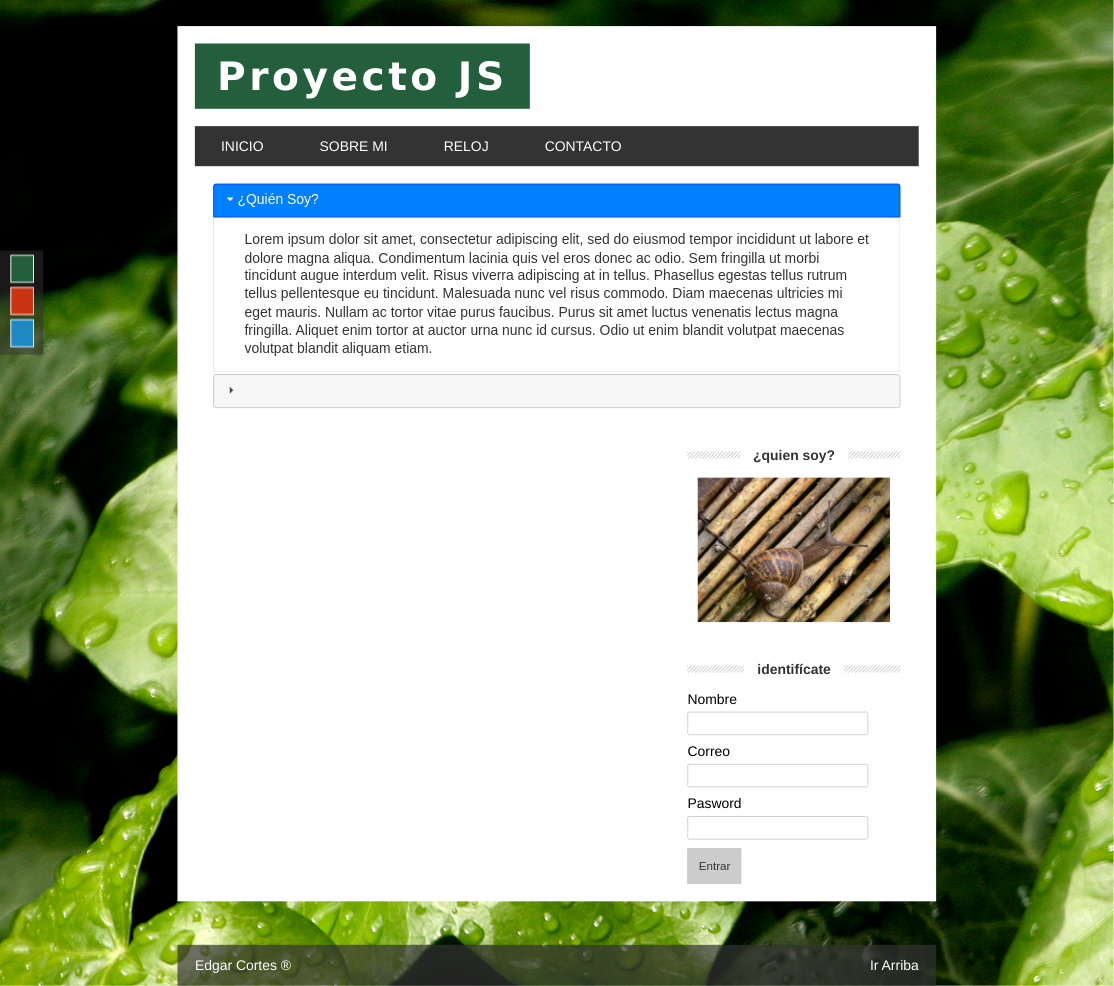
Repository: eucortes/demopage
Page: javascript/Proyecto/About.html
The author's editor kept a copy of each file at every save. The page is drawn from the files as they stood at one save, then again after the next save.
The browser window is 1280 px wide. The pictures show the whole page, at 87% of full size.
Backgrounds fixed to the window are drawn as part of the page. Some web libraries are served in a nearby version.

Above is the page before, as saved 2019-09-24 18:21:18.

After the next save:
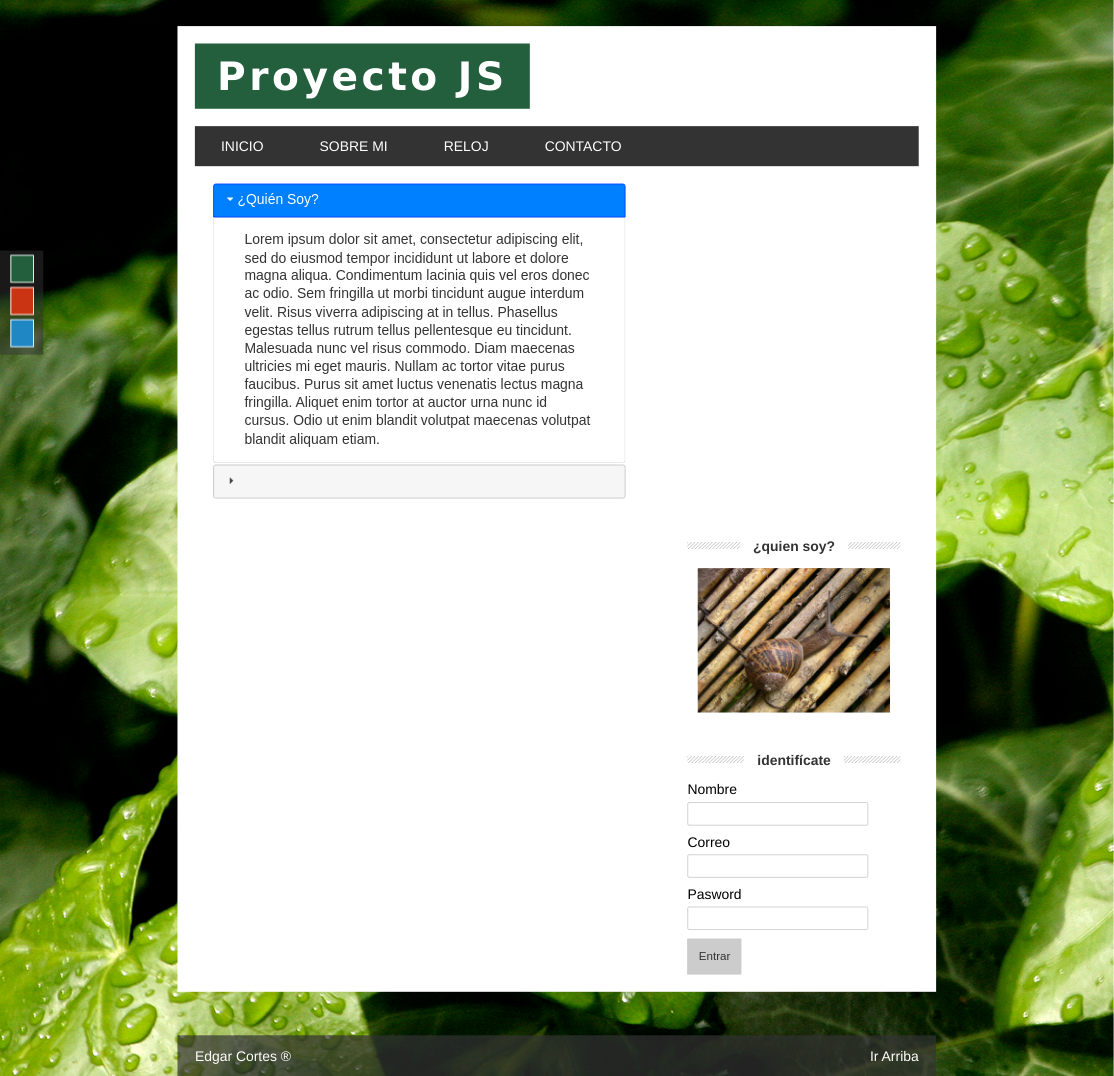
Saved 23 s later.
--- a/javascript/Proyecto/About.html
+++ b/javascript/Proyecto/About.html
@@ -13,6 +13,7 @@
     <title>Proyecto con Javascript</title>
     <!--Estilos CSS-->
     <link rel="stylesheet" href="css/styles.css">
+    <link rel="stylesheet" href="css/styles-about.css">
     <link id="theme" rel="stylesheet" href="css/green.css">
     <!--JQuery-->
     <script src="https://ajax.googleapis.com/ajax/libs/jquery/3.1.1/jquery.min.js"></script>
